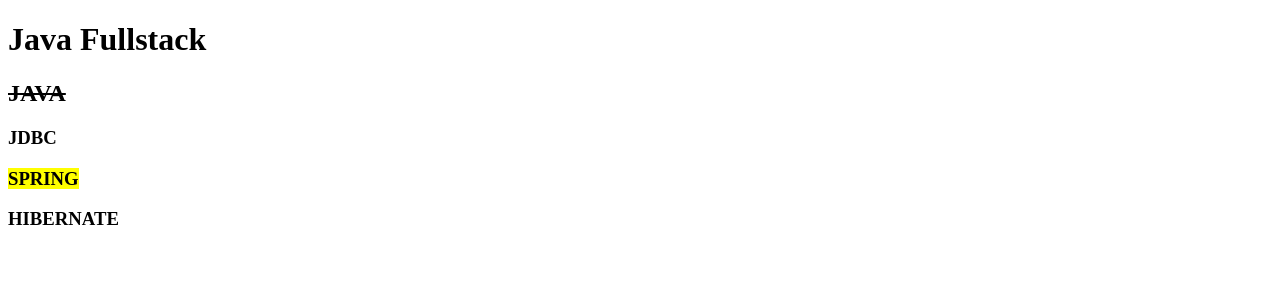
Repository: UshaWorks/WebTech
Page: HTML/task5.html
These files come from the project's save history. The page is drawn as it stood at one moment and after the next save; the edit follows.
The browser window is 1280 px wide. The pictures show the whole page.

Above is the page before, as saved 2026-10-12 18:23:15.

### HTML/task5.html
<!DOCTYPE html>
<html lang="en">
<head>
    <meta charset="UTF-8">
    <meta name="viewport" content="width=device-width, initial-scale=1.0">
    <title>Document</title>
</head>
<body>
    <b><h1>Java Fullstack</h1></b>
    <h2><strike>JAVA</strike></h2>
    <H3><b>JDBC</b></H3>
    <h3><b><mark>SPRING</mark></b></h3>
    <H3><B>HIBERNATE</B></H3>

</body>
</html>

After the next save:
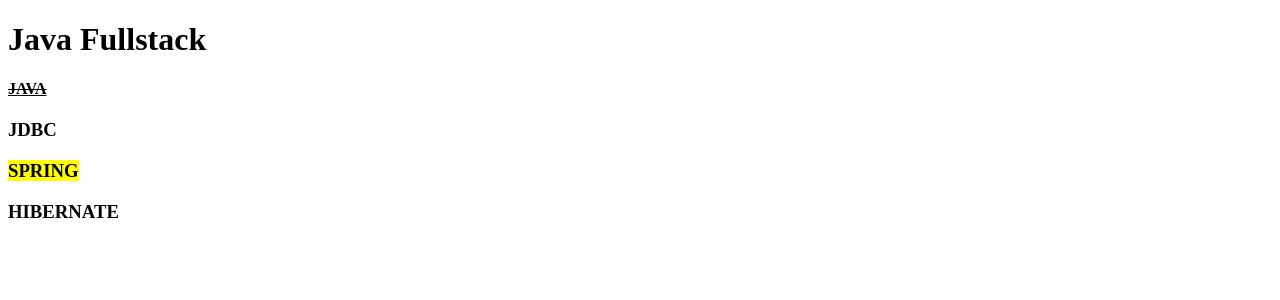
Saved 33 s later.
--- a/HTML/task5.html
+++ b/HTML/task5.html
@@ -7,7 +7,7 @@
 </head>
 <body>
     <b><h1>Java Fullstack</h1></b>
-    <h2><strike>JAVA</strike></h2>
+    <h4><U><strike>JAVA</U></strike></h4>
     <H3><b>JDBC</b></H3>
     <h3><b><mark>SPRING</mark></b></h3>
     <H3><B>HIBERNATE</B></H3>
